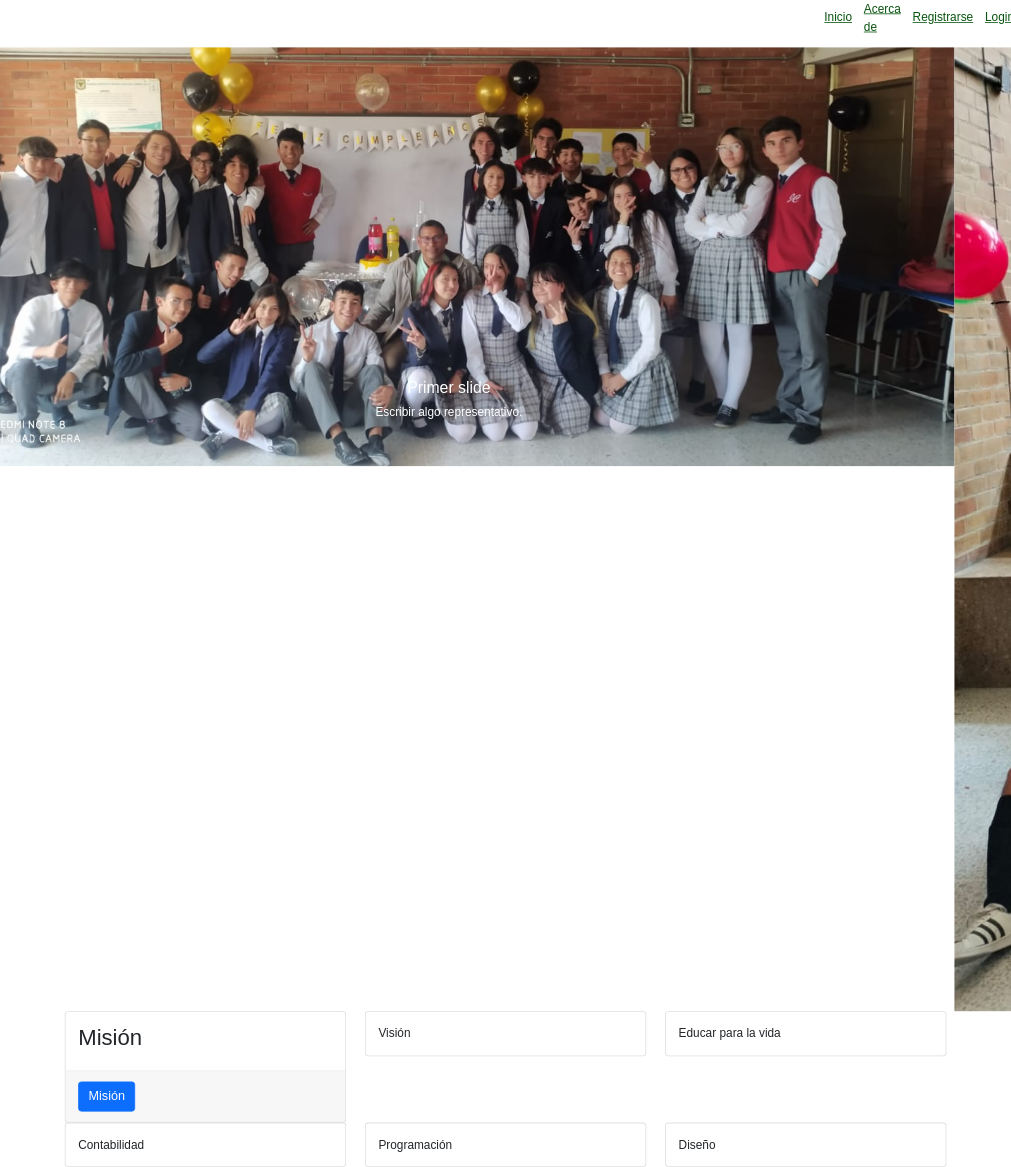
Repository: AntonnySant/webColegio
Page: index.html
These files come from the project's save history. The page is drawn as it stood at one moment and after the next save; the edit follows.
The browser window is 1280 px wide. The pictures show the whole page, at 79% of full size.

Above is the page before, as saved 2023-10-17 17:00:40.
Console error: TypeError: Cannot set properties of null (setting 'onclick')

### index.html
<!DOCTYPE html>
<html lang="en">

<head>
    <meta charset="UTF-8">
    <meta http-equiv="X-UA-Compatible" content="IE=edge">
    <meta name="viewport" content="width=device-width, initial-scale=1.0">
    <!-- Compiled and minified CSS -->
    <link href="https://cdn.jsdelivr.net/npm/bootstrap@5.0.2/dist/css/bootstrap.min.css" rel="stylesheet"
        integrity="sha384-EVSTQN3/azprG1Anm3QDgpJLIm9Nao0Yz1ztcQTwFspd3yD65VohhpuuCOmLASjC" crossorigin="anonymous">
    <link rel="stylesheet" type="text/css" href="./styles.css">

    <title>Document</title>
</head>

<body>
    <header class="header">
        <!-- <img src="https://juandelcorral.edu.co/wp-content/uploads/2023/03/escudo_2019_verde_fondo-670x1024.png"
            id="img_logo" alt="">
        <p>COLEGIO I.T.D. JUAN DEL CORRAL I.E.D.</p> -->
        <nav>
            <ul class="nav-right-section">
                <li><a href="#">Inicio</a></li>
                <li><a href="#">Acerca de</a></li>
                <li><a href="#">Registrarse</a>
                    <!-- <button id="openModal">Registrarse</button>
                    <div id="registrationModal" class="modal">
                        <div class="modal-content">
                            <span class="close" id="closeModal">&times;</span>
                            <h2>Registro</h2>
                            <form>
                                <label for="username">Nombre de usuario:</label>
                                <input type="text" id="username" name="username" required>
                                <label for="password">Contraseña:</label>
                                <input type="password" id="password" name="password" required>
                                <button type="submit">Registrarse</button>
                            </form>
                        </div>
                    </div> -->
                </li>
                <li><a href="#">Login</a>
                    <!-- <button id="openModalBtn">Iniciar sesión</button>
                    <div id="loginModal" class="modal">
                        <div class="modal-content">
                            <span class="close" id="closeModalBtn">&times;</span>
                            <h2>Iniciar sesión</h2>
                            <form>
                                <input type="text" placeholder="Usuario">
                                <input type="password" placeholder="Contraseña">
                                <button type="submit">Iniciar sesión</button>
                            </form>
                        </div>
                    </div> -->
                </li>
            </ul>
        </nav>
    </header>






    <div class="content">
        <!-- Carrosul dinamico con las 4 imagenes  -->
        <!-- <div class="container"> -->
        <div id="carrusel" class="carousel slide" data-bs-ride="carousel">
            <div class="carousel-indicators">
                <button type="button" data-bs-target="#carouselExampleCaptions" data-bs-slide-to="0" class="active"
                    aria-current="true" aria-label="Slide 1"></button>
                <button type="button" data-bs-target="#carouselExampleCaptions" data-bs-slide-to="1"
                    aria-label="Slide 2"></button>
                <button type="button" data-bs-target="#carouselExampleCaptions" data-bs-slide-to="2"
                    aria-label="Slide 3"></button>
                <button type="button" data-bs-target="#carouselExampleCaptions" data-bs-slide-to="3"
                    aria-label="Slide 4"></button>
            </div>
            <div class="carousel-inner">
                <div class="carousel-item active">
                    <img src="foto1.jpeg" class="d-block w-100 img-fluid" alt="...">
                    <div class="carousel-caption d-none d-md-block">
                        <h5>Primer slide</h5>
                        <p>Escribir algo representativo.</p>
                    </div>
                </div>
                <div class="carousel-item">
                    <img src="foto2.jpeg" class="d-block w-100 img-fluid" alt="...">
                    <div class="carousel-caption d-none d-md-block">
                        <h5>Segundo slide</h5>
                        <p>Escribir algo representativo.</p>
                    </div>
                </div>

                <div class="carousel-item">
                    <img src="foto3.jpeg" class="d-block w-100 img-fluid" alt="...">
                    <div class="carousel-caption d-none d-md-block">
                        <h5>Tercer slide</h5>
                        <p>Escribir algo representativo.</p>
                    </div>
                </div>

                <div class="carousel-item">
                    <img src="foto4.jpeg" class="d-block w-100 img-fluid" alt="...">
                    <div class="carousel-caption d-none d-md-block">
                        <h5>Cuarto slide</h5>
                        <p>Escribir algo representativo.</p>
                    </div>
                </div>
            </div>
            <button class="carousel-control-prev" type="button" data-bs-target="#carouselExampleCaptions"
                data-bs-slide="prev">
                <span class="carousel-control-prev-icon" aria-hidden="true"></span>
                <span class="visually-hidden">Previous</span>
            </button>
            <button class="carousel-control-next" type="button" data-bs-target="#carouselExampleCaptions"
                data-bs-slide="next">
                <span class="carousel-control-next-icon" aria-hidden="true"></span>
                <span class="visually-hidden">Next</span>
            </button>
            <!-- </div> -->
        </div>
        <!--Cierre carrusel-->

        <div class="container">
            <div class="row">
                <div class="col">
                    <div class="card">
                        <div class="card-body">
                            <h3>Misión</h3>
                            <!-- Button trigger modal -->



                            <!-- Modal -->
                            <div class="modal fade" id="exampleModal" tabindex="-1" aria-labelledby="exampleModalLabel"
                                aria-hidden="true">
                                <div class="modal-dialog">
                                    <div class="modal-content">
                                        <div class="modal-header">
                                            <h5 class="modal-title" id="exampleModalLabel">Modal title</h5>
                                            <button type="button" class="btn-close" data-bs-dismiss="modal"
                                                aria-label="Close"></button>
                                        </div>
                                        <div class="modal-body">
                                            ...
                                        </div>
                                        <div class="modal-footer">
                                            <button type="button" class="btn btn-secondary"
                                                data-bs-dismiss="modal">Close</button>
                                            <button type="button" class="btn btn-primary">Save changes</button>
                                        </div>
                                    </div>
                                </div>
                            </div>
                        </div>
                        <div class="card-footer">
                            <button type="button" class="btn btn-primary" data-bs-toggle="modal"
                                data-bs-target="#exampleModal">
                                Misión
                            </button>
                        </div>
                    </div>
                </div>
                <div class="col">
                    <div class="card">
                        <div class="card-body">
                            Visión
                            <div class="modal" tabindex="-1">
                                <div class="modal-dialog">
                                    <div class="modal-content">
                                        <div class="modal-header">
                                            <h5 class="modal-title">Modal title</h5>
                                            <button type="button" class="btn-close" data-bs-dismiss="modal"
                                                aria-label="Close"></button>
                                        </div>
                                        <div class="modal-body">
                                            <p>Modal body text goes here.</p>
                                        </div>
                                        <div class="modal-footer">
                                            <button type="button" class="btn btn-secondary"
                                                data-bs-dismiss="modal">Close</button>
                                            <button type="button" class="btn btn-primary">Save changes</button>
                                        </div>
                                    </div>
                                </div>
                            </div>
                        </div>
                    </div>
                </div>
                <div class="col">
                    <div class="card">
                        <div class="card-body">
                            Educar para la vida
                        </div>
                    </div>
                </div>
            </div>
        </div>

        <div class="container">
            <div class="row">
                <div class="col">
                    <div class="card">
                        <div class="card-body">
                            Contabilidad
                        </div>
                    </div>
                </div>
                <div class="col">
                    <div class="card">
                        <div class="card-body">
                            Programación
                        </div>
                    </div>
                </div>
                <div class="col">
                    <div class="card">
                        <div class="card-body">
                            Diseño
                        </div>
                    </div>
                </div>
            </div>
        </div>
    </div>

    <!-- Compiled and minified JavaScript -->
    <script src="https://cdn.jsdelivr.net/npm/bootstrap@5.0.2/dist/js/bootstrap.bundle.min.js"
        integrity="sha384-MrcW6ZMFYlzcLA8Nl+NtUVF0sA7MsXsP1UyJoMp4YLEuNSfAP+JcXn/tWtIaxVXM" crossorigin="anonymous">
    </script>
    <script src="script.js"></script>
</body>

</html>

### styles.css
/* styles.css */
/* Estilos para el encabezado */
body {
    margin: 0;
    padding: 0;
    font-size: 15px;
    font-family: Arial, Helvetica, sans-serif;
}

.header {
    position: fixed;
    /* top: 0;
    left: 0; */
    width: 100%;
    height: 60px;
    background-color: white;
    /* padding: 10px 0; */
    z-index: 1;
  }

  header nav {
    display: flex;
    justify-content: flex-end;
  }

  header nav .nav-right-section {
    width: 250px;
    height: auto;
    display: flex;
    list-style: none;
    justify-content: center;
    align-items: center;
  }

  nav .nav-right-section a {
    /* text-decoration: none; */
    margin-right: 15px;
    color: #07540E;
  }

  /* .header ul {
    list-style: none;
    margin: 0;
    padding: 0;
    float: right;
    margin: 15px;
  }

  .header ul li {
    display: flex;
    margin-right: 20px;
  }

  .header ul li:last-child {
    margin-right: 0;
  } */

  header p{
    margin-top: 15px;
    font-family: Arial, Helvetica, sans-serif;
    font-size: 36px;
    text-align: left;
    color: #07540E;

  }

  /* .content {
    margin-top: 60px;
  } */

  #carrusel {
    z-index: -2;
  }

.modal {
    display: none;
    position: fixed;
    top: 0;
    left: 0;
    width: 100%;
    height: 100%;
    background-color: rgba(0,0,0,0.5);
  }

  .modal-content {
    background-color: #fff;
    margin: 10% auto;
    padding: 20px;
    width: 300px;
    box-shadow: 0 4px 8px 0 rgba(0,0,0,0.2);
  }

  .close {
    float: right;
    font-size: 24px;
    cursor: pointer;
  }

  /* Estilos para el modal */
.modal {
    display: none;
    position: fixed;
    z-index: 1;
    left: 0;
    top: 0;
    width: 100%;
    height: 100%;
    background-color: rgba(0,0,0,0.7);
  }

  .modal-content {
    background-color: #fefefe;
    margin: 10% auto;
    padding: 20px;
    border: 1px solid #888;
    width: 50%;
  }

  .close {
    float: right;
    font-size: 20px;
    cursor: pointer;
  }

  /* Estilos para el botón "Registrarse" */
  #openModal {
    display: inline-block;
    padding: 10px 20px;
    background-color: #007bff;
    color: #fff;
    border: none;
    cursor: pointer;
  }

  /* Estilos para el formulario dentro del modal */
  form {
    display: flex;
    flex-direction: column;
  }

  label, input, button {
    margin: 5px 0;
  }

  img {
    height: 600px;
  }

  #img_logo {
    width: 120px;
    height: 140px;
    float: left;
    margin: 15px;
    margin-top: 10px;
  }


  /* Añade estilos adicionales según tu preferencia */

### script.js
// script.js
document.getElementById("openModalBtn").onclick = function() {
    document.getElementById("loginModal").style.display = "block";
  }

  document.getElementById("closeModalBtn").onclick = function() {
    document.getElementById("loginModal").style.display = "none";
  }

  window.onclick = function(event) {
    if (event.target === document.getElementById("loginModal")) {
      document.getElementById("loginModal").style.display = "none";
    }
  }


const openModalButton = document.getElementById("openModal");
const closeModalButton = document.getElementById("closeModal");
const registrationModal = document.getElementById("registrationModal");

openModalButton.addEventListener("click", () => {
  registrationModal.style.display = "block";
});

closeModalButton.addEventListener("click", () => {
  registrationModal.style.display = "none";
});

window.addEventListener("click", (event) => {
  if (event.target === registrationModal) {
    registrationModal.style.display = "none";
  }
});

var myModal = document.getElementById('myModal')
var myInput = document.getElementById('myInput')

myModal.addEventListener('shown.bs.modal', function () {
  myInput.focus()
})

After the next save:
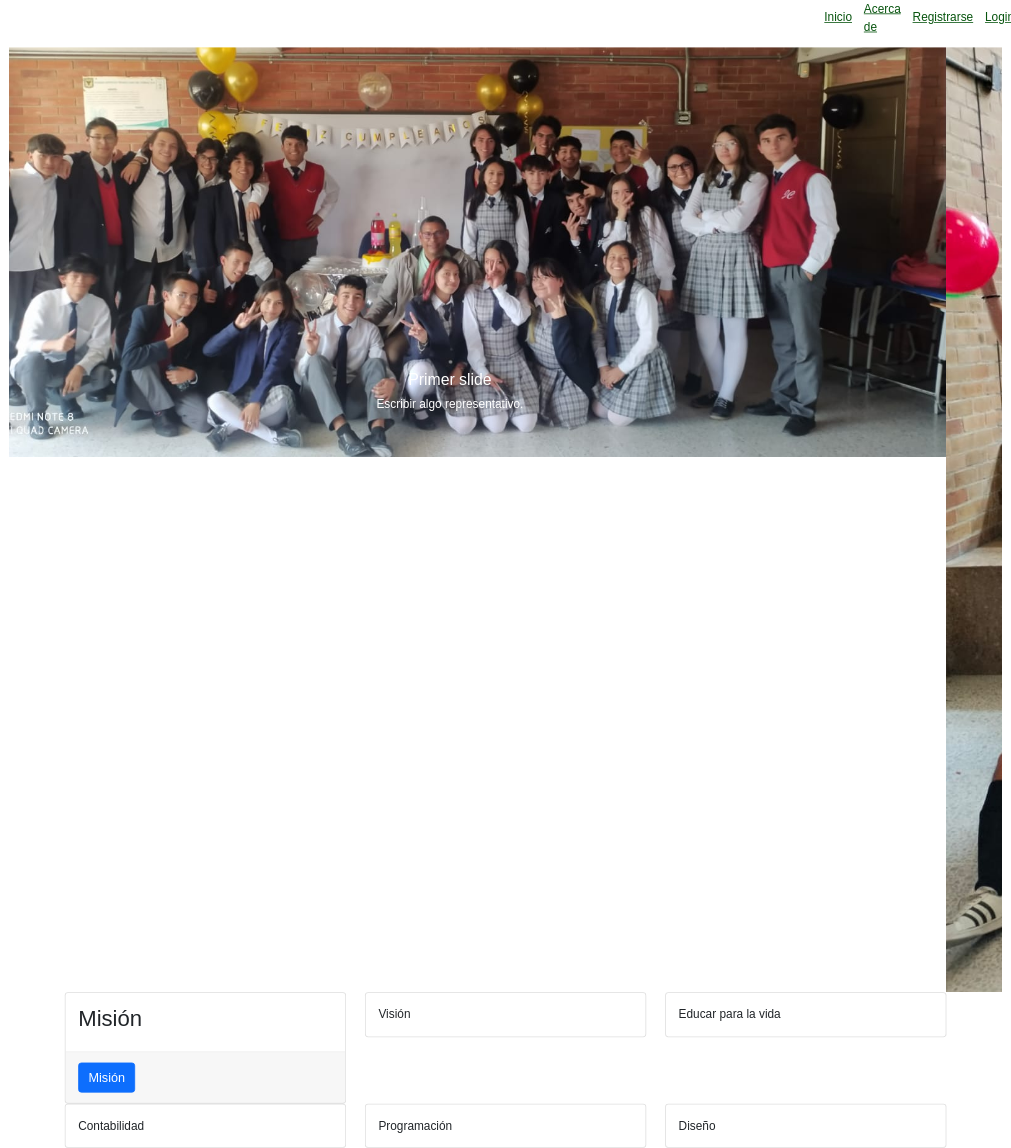
Saved 93 s later.
--- a/index.html
+++ b/index.html
@@ -64,60 +64,62 @@
     <div class="content">
         <!-- Carrosul dinamico con las 4 imagenes  -->
         <!-- <div class="container"> -->
-        <div id="carrusel" class="carousel slide" data-bs-ride="carousel">
-            <div class="carousel-indicators">
-                <button type="button" data-bs-target="#carouselExampleCaptions" data-bs-slide-to="0" class="active"
-                    aria-current="true" aria-label="Slide 1"></button>
-                <button type="button" data-bs-target="#carouselExampleCaptions" data-bs-slide-to="1"
-                    aria-label="Slide 2"></button>
-                <button type="button" data-bs-target="#carouselExampleCaptions" data-bs-slide-to="2"
-                    aria-label="Slide 3"></button>
-                <button type="button" data-bs-target="#carouselExampleCaptions" data-bs-slide-to="3"
-                    aria-label="Slide 4"></button>
+        <div class="container-fluid">
+            <div id="carrusel" class="carousel slide" data-bs-ride="carousel">
+                <div class="carousel-indicators">
+                    <button type="button" data-bs-target="#carouselExampleCaptions" data-bs-slide-to="0" class="active"
+                        aria-current="true" aria-label="Slide 1"></button>
+                    <button type="button" data-bs-target="#carouselExampleCaptions" data-bs-slide-to="1"
+                        aria-label="Slide 2"></button>
+                    <button type="button" data-bs-target="#carouselExampleCaptions" data-bs-slide-to="2"
+                        aria-label="Slide 3"></button>
+                    <button type="button" data-bs-target="#carouselExampleCaptions" data-bs-slide-to="3"
+                        aria-label="Slide 4"></button>
+                </div>
+                <div class="carousel-inner">
+                    <div class="carousel-item active">
+                        <img src="foto1.jpeg" class="d-block w-100 img-fluid" alt="...">
+                        <div class="carousel-caption d-none d-md-block">
+                            <h5>Primer slide</h5>
+                            <p>Escribir algo representativo.</p>
+                        </div>
+                    </div>
+                    <div class="carousel-item">
+                        <img src="foto2.jpeg" class="d-block w-100 img-fluid" alt="...">
+                        <div class="carousel-caption d-none d-md-block">
+                            <h5>Segundo slide</h5>
+                            <p>Escribir algo representativo.</p>
+                        </div>
+                    </div>
+
+                    <div class="carousel-item">
+                        <img src="foto3.jpeg" class="d-block w-100 img-fluid" alt="...">
+                        <div class="carousel-caption d-none d-md-block">
+                            <h5>Tercer slide</h5>
+                            <p>Escribir algo representativo.</p>
+                        </div>
+                    </div>
+
+                    <div class="carousel-item">
+                        <img src="foto4.jpeg" class="d-block w-100 img-fluid" alt="...">
+                        <div class="carousel-caption d-none d-md-block">
+                            <h5>Cuarto slide</h5>
+                            <p>Escribir algo representativo.</p>
+                        </div>
+                    </div>
+                </div>
+                <button class="carousel-control-prev" type="button" data-bs-target="#carouselExampleCaptions"
+                    data-bs-slide="prev">
+                    <span class="carousel-control-prev-icon" aria-hidden="true"></span>
+                    <span class="visually-hidden">Previous</span>
+                </button>
+                <button class="carousel-control-next" type="button" data-bs-target="#carouselExampleCaptions"
+                    data-bs-slide="next">
+                    <span class="carousel-control-next-icon" aria-hidden="true"></span>
+                    <span class="visually-hidden">Next</span>
+                </button>
+                <!-- </div> -->
             </div>
-            <div class="carousel-inner">
-                <div class="carousel-item active">
-                    <img src="foto1.jpeg" class="d-block w-100 img-fluid" alt="...">
-                    <div class="carousel-caption d-none d-md-block">
-                        <h5>Primer slide</h5>
-                        <p>Escribir algo representativo.</p>
-                    </div>
-                </div>
-                <div class="carousel-item">
-                    <img src="foto2.jpeg" class="d-block w-100 img-fluid" alt="...">
-                    <div class="carousel-caption d-none d-md-block">
-                        <h5>Segundo slide</h5>
-                        <p>Escribir algo representativo.</p>
-                    </div>
-                </div>
-
-                <div class="carousel-item">
-                    <img src="foto3.jpeg" class="d-block w-100 img-fluid" alt="...">
-                    <div class="carousel-caption d-none d-md-block">
-                        <h5>Tercer slide</h5>
-                        <p>Escribir algo representativo.</p>
-                    </div>
-                </div>
-
-                <div class="carousel-item">
-                    <img src="foto4.jpeg" class="d-block w-100 img-fluid" alt="...">
-                    <div class="carousel-caption d-none d-md-block">
-                        <h5>Cuarto slide</h5>
-                        <p>Escribir algo representativo.</p>
-                    </div>
-                </div>
-            </div>
-            <button class="carousel-control-prev" type="button" data-bs-target="#carouselExampleCaptions"
-                data-bs-slide="prev">
-                <span class="carousel-control-prev-icon" aria-hidden="true"></span>
-                <span class="visually-hidden">Previous</span>
-            </button>
-            <button class="carousel-control-next" type="button" data-bs-target="#carouselExampleCaptions"
-                data-bs-slide="next">
-                <span class="carousel-control-next-icon" aria-hidden="true"></span>
-                <span class="visually-hidden">Next</span>
-            </button>
-            <!-- </div> -->
         </div>
         <!--Cierre carrusel-->
 
